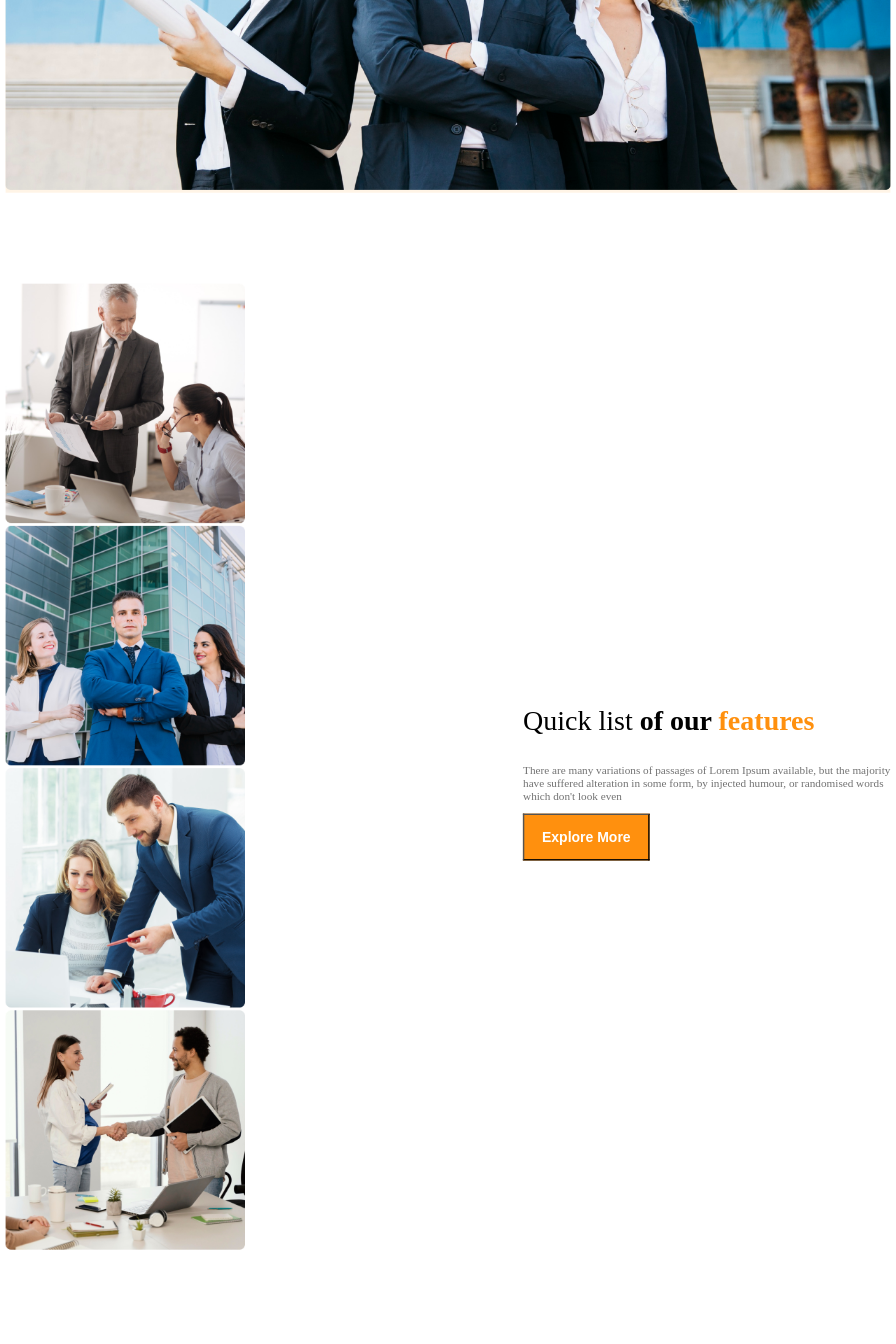
Repository: tanimtanzilislam/g3-architect-website
Page: index.html
The author's editor kept a copy of each file at every save. The page is drawn from the files as they stood at one save, then again after the next save.
The browser window is 1280 px wide. The pictures show the part of the page from y = 895 to 2815 px (the page is 2815 px tall), at 70% of full size.

Above is the page before, as saved 2026-02-06 16:53:46.

After the next save:
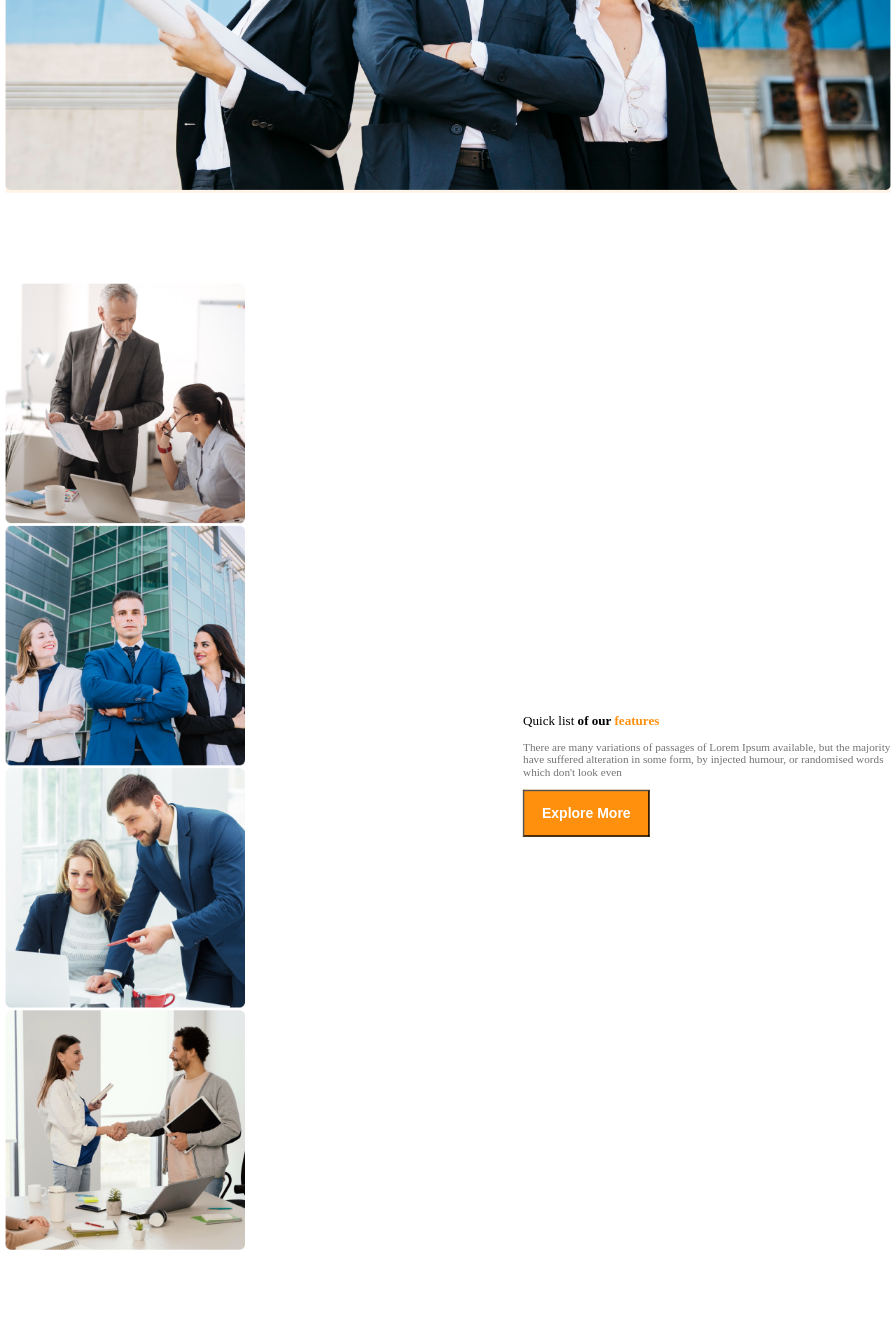
Saved 77 s later.
--- a/styles/styles.css
+++ b/styles/styles.css
@@ -100,7 +100,7 @@
 
 }
 
-.feature-title{
+.f-title{
   font-size:2.5rem;
   font-weight: 700;
 }

After the 3 saves that followed:
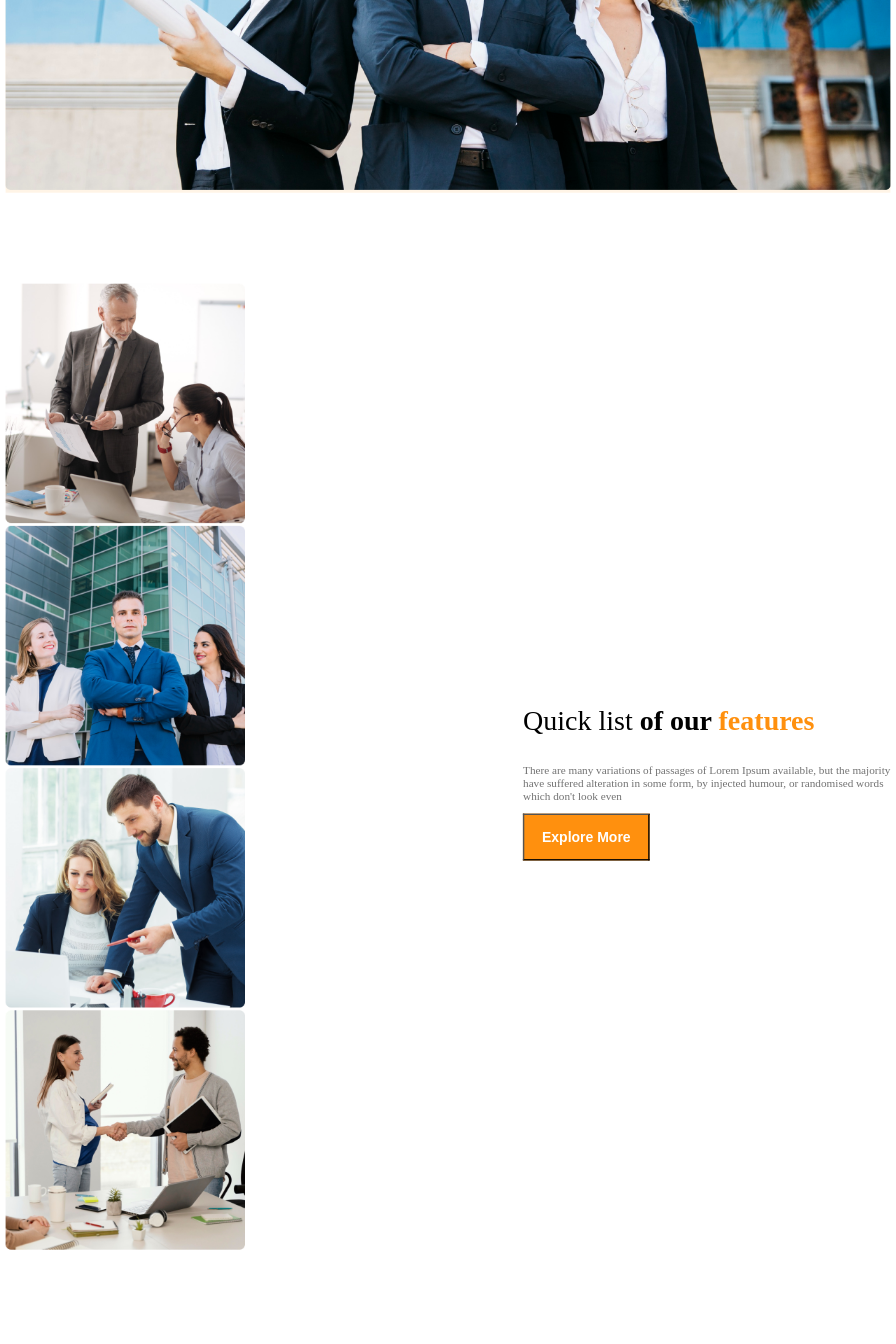
The 3 saves are shown as one change because 1 left the picture as it was and some came seconds apart.
The last was saved 39 s later.
--- a/index.html
+++ b/index.html
@@ -46,7 +46,7 @@
             </div>
 
             <div class="our-features">
-                <h3 class="feature-title"> <span id="quick-list">Quick list </span><span>of our</span> <span  class="text-primary">features</span></h3>
+                <h3 class="section-title"> <span id="quick-list">Quick list </span><span>of our</span> <span  class="text-primary">features</span></h3>
                  <p class="feature-description  text-light-gray">
                     There are many variations of passages of Lorem Ipsum available, but the majority have suffered alteration in some form, by injected humour, or randomised words which don't look even
                  </p>
--- a/styles/styles.css
+++ b/styles/styles.css
@@ -100,7 +100,7 @@
 
 }
 
-.f-title{
+.section-title{
   font-size:2.5rem;
   font-weight: 700;
 }
